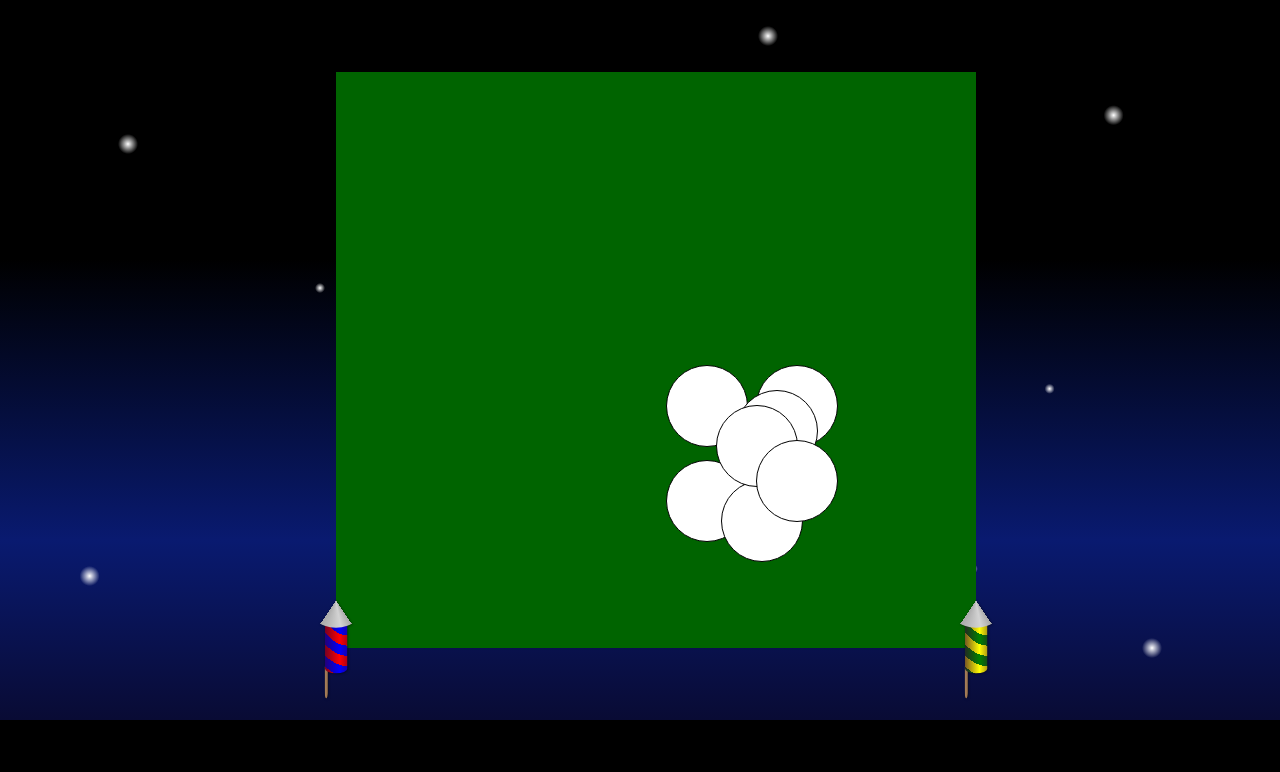
Repository: juliandecloe/CSS-To-The-Rescue---Julian-de-Cloe
Page: index.html
These files come from the project's save history. The page is drawn as it stood at one moment and after the next save; the edit follows.
The browser window is 1280 px wide. The pictures show the whole page.

Above is the page before, as saved 2022-03-10 17:21:00.

After the next save:
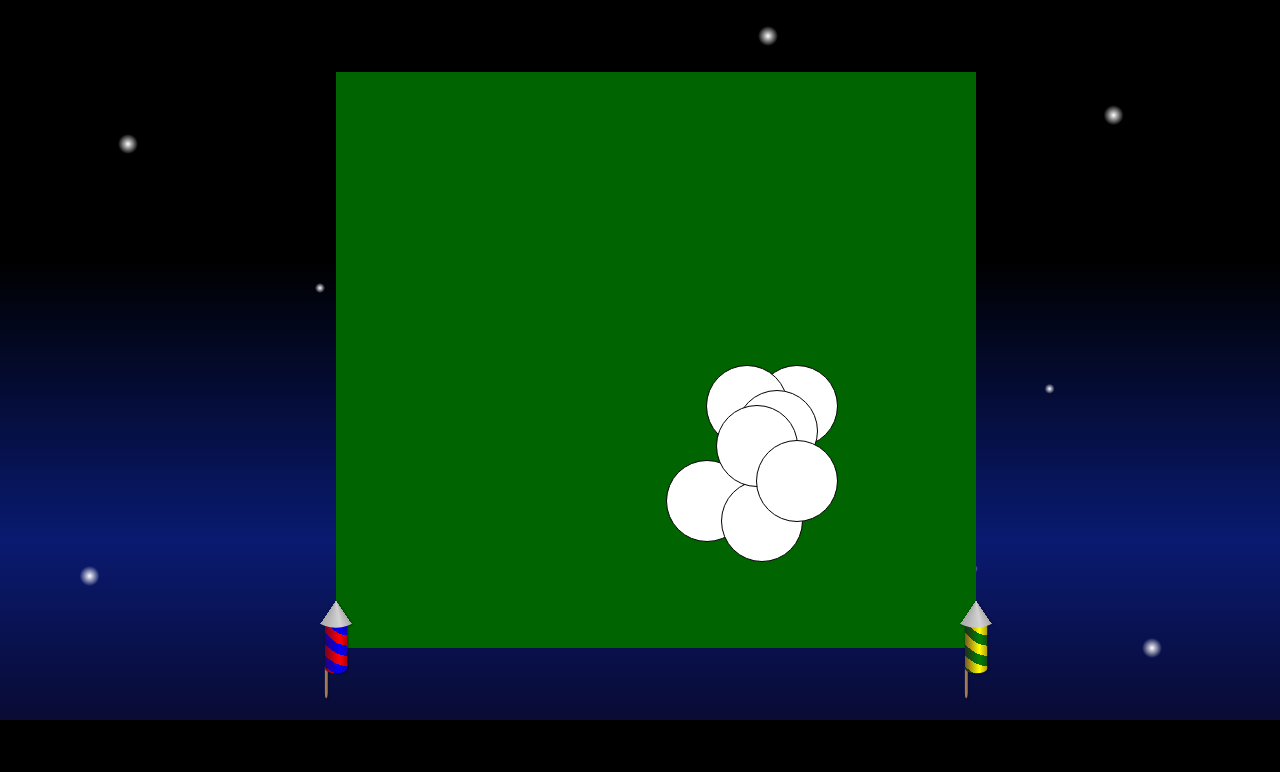
Saved 43 s later.
--- a/style.css
+++ b/style.css
@@ -610,7 +610,7 @@ article li:nth-child(2) {
 
 article li:nth-child(3) {
 	top: 5px;
-	left: 10px;
+	left: 50px;
 }
 
 article li:nth-child(4) {
